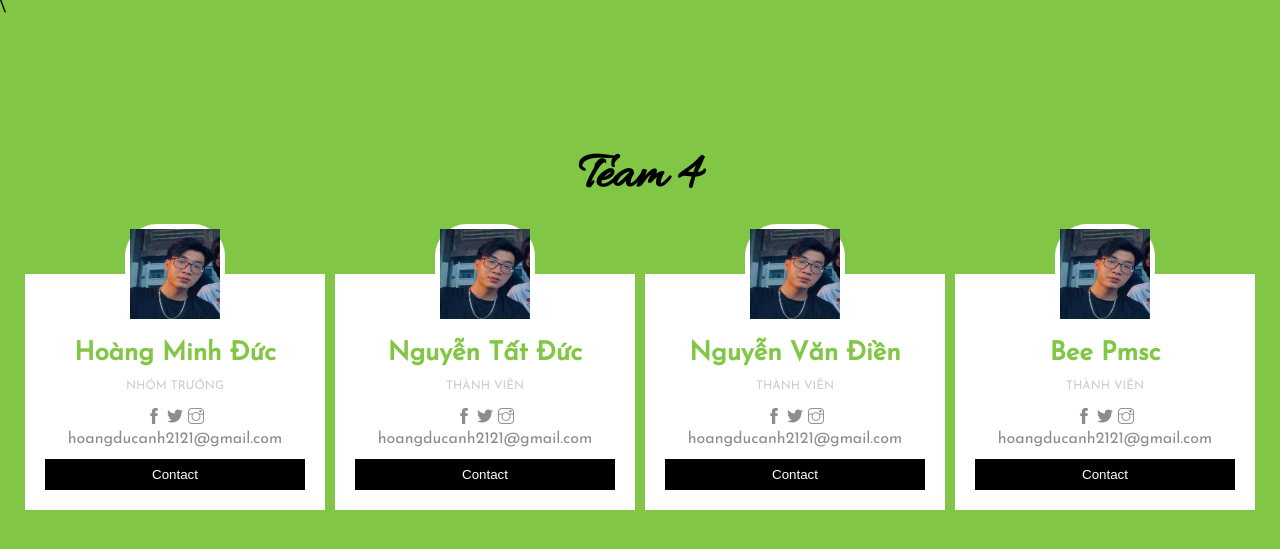
Repository: DuckyNumberONS/webcanhan
Page: index.html
An editor plug-in stored every save of this project. The page is shown before and after the next save, followed by the edit.
The browser window is 1280 px wide. The pictures show the whole page.

Above is the page before, as saved 2022-10-03 07:53:19.

After the next save:
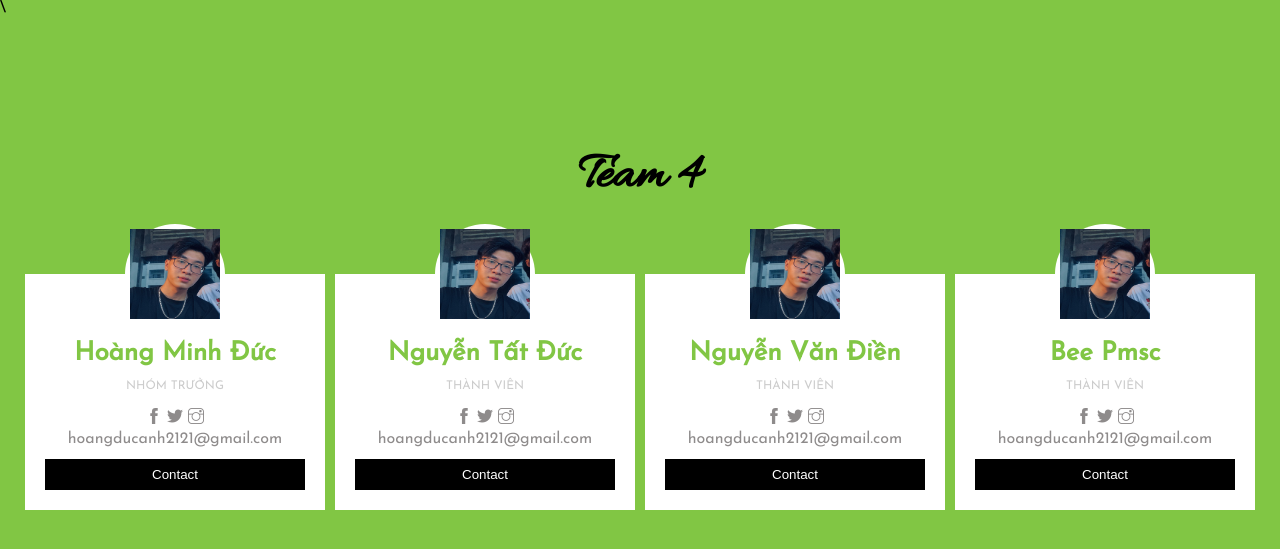
Saved 4 s later.
--- a/styles.css
+++ b/styles.css
@@ -63,7 +63,6 @@ body{
   height: 100px;
   border-radius: 50%;
   background: #fff;
-  border-radius: 2em;
 }
 
 .team .team_member .team_img img{
